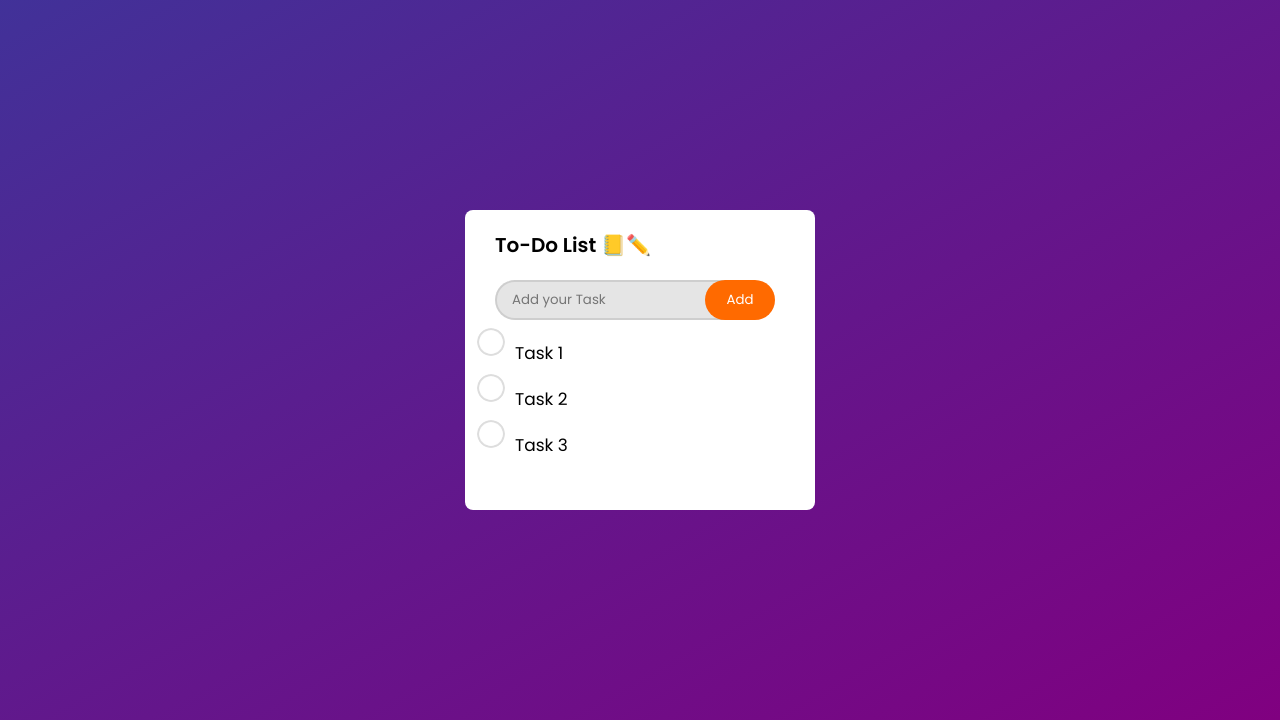
Repository: Ankitkr2021/To-Do-List
Page: index.html
These files come from the project's save history. The page is drawn as it stood at one moment and after a run of saves; the edit follows.
The browser window is 1280 px wide. The pictures show the whole page.

Above is the page before, as saved 2025-10-03 10:24:42.

After the next 2 saves:
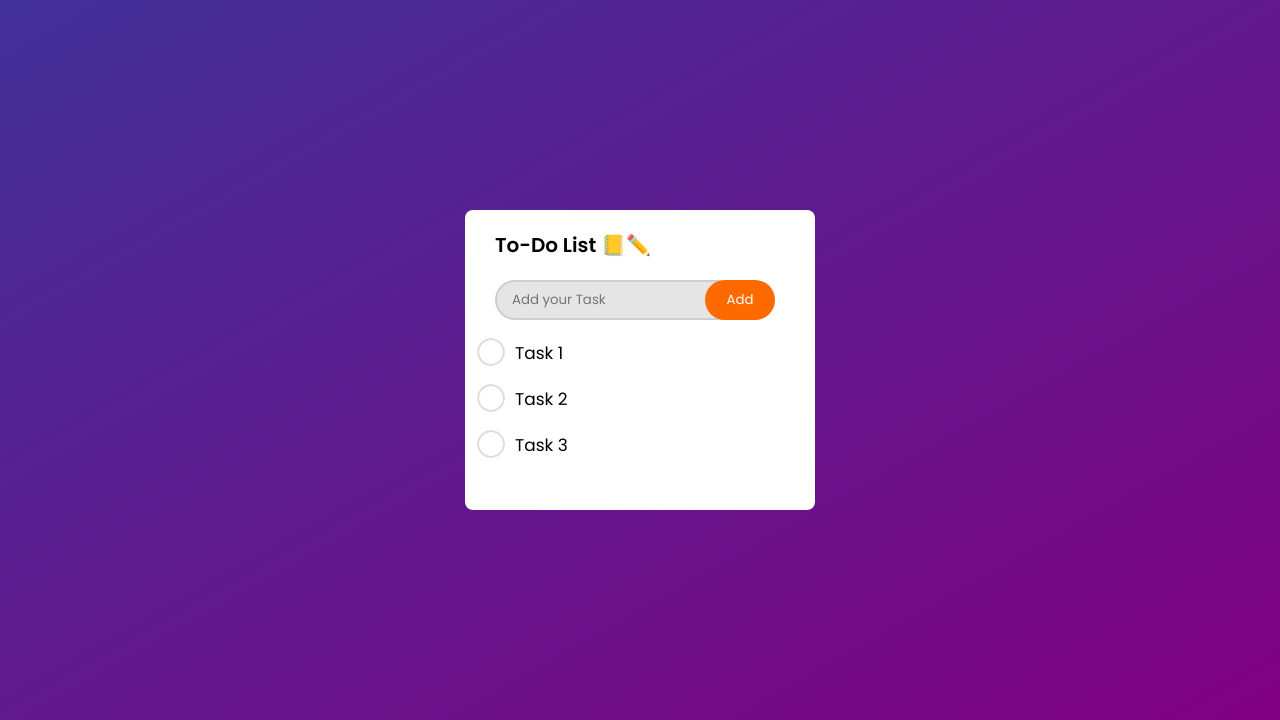
The 2 saves are shown as one change because they came seconds apart.
The last was saved 7 s later.
--- a/style.css
+++ b/style.css
@@ -74,6 +74,6 @@ ul li:before{
     background-image: url(./images/unchecked.png);
     background-size: cover;
     background-position: center;
-    top: 8px;
+    top: 18px;
     left: 12px;
 }
